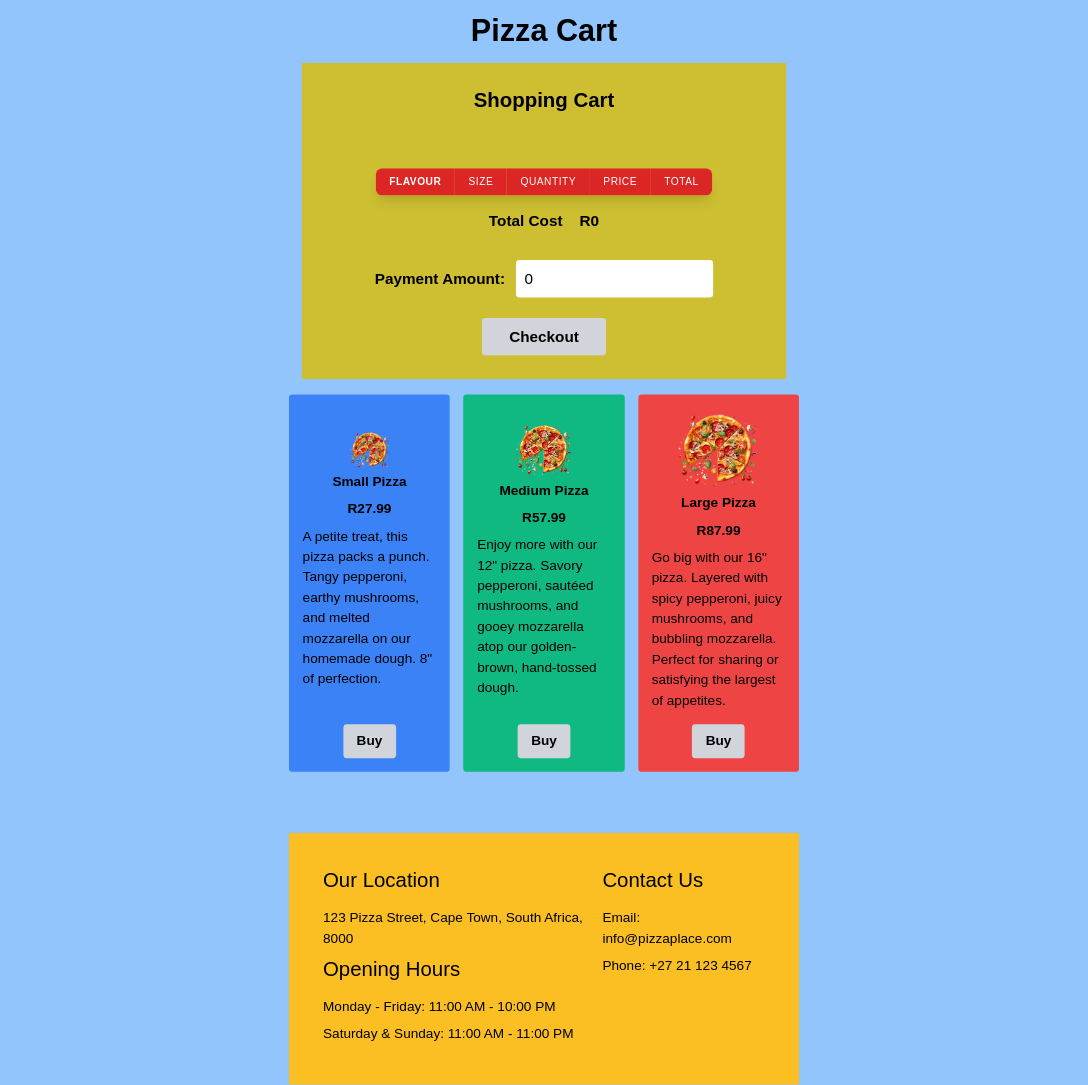
Repository: lasity34/pizza-cart-with-api
Page: index.html
An editor plug-in stored every save of this project. The page is shown before and after the next save, followed by the edit.
The browser window is 1280 px wide. The pictures show the whole page, at 85% of full size.
The page's requests for data from a server got no answer. Some web fonts or font styles are not loaded; a fallback is used. Some web libraries are served in a nearby version.

Above is the page before, as saved 2023-07-14 09:49:38.
Console error (its wording comes from the project's code and is left out).

### index.html
<!DOCTYPE html>
<html lang="en">
  <head>
    <meta charset="UTF-8" />
    <meta name="viewport" content="width=device-width, initial-scale=1.0" />
    <title>Pizza Cart</title>
    <script src="//unpkg.com/alpinejs" defer></script>
    <link
      href="https://cdn.jsdelivr.net/npm/tailwindcss@2.1.2/dist/tailwind.min.css"
      rel="stylesheet"
    />
    <script
      src="https://cdnjs.cloudflare.com/ajax/libs/axios/1.4.0/axios.min.js"
      integrity="sha512-uMtXmF28A2Ab/JJO2t/vYhlaa/3ahUOgj1Zf27M5rOo8/+fcTUVH0/E0ll68njmjrLqOBjXM3V9NiPFL5ywWPQ=="
      crossorigin="anonymous"
      referrerpolicy="no-referrer"
    ></script>
    <link href="./style.css" rel="stylesheet" />
    <link rel="preconnect" href="https://fonts.googleapis.com" />
    <link rel="preconnect" href="https://fonts.gstatic.com" crossorigin />
    <link
      href="https://fonts.googleapis.com/css2?family=Titillium+Web:ital@0;1&family=Tsukimi+Rounded:wght@300;400;500&display=swap"
      rel="stylesheet"
    />
  </head>
  <body x-data="pizzaCart" class="bg-blue-300" x-cloak>
    <section class="flex justify-center items-center">
      <h1 class="text-4xl pt-4 font-bold">Pizza Cart</h1>
    </section>

    <section
      class="shop-container my-5 p-7 flex flex-col text-xs sm:text-base md:text-lg lg:text-lg justify-center items-center"
    >
      <h2 class="text-2xl mb-2 font-bold">Shopping Cart</h2>
      <div class="mt-6 flex flex-col items-center">
        <div>
            <section class="mt-8">
                <table class="table-auto w-full rounded-lg overflow-hidden shadow-lg max-w-md mx-auto">
                    <thead class="bg-red-600">
                        <tr>
                            <th class="px-4 py-2 text-left text-xs font-bold font-medium text-white uppercase tracking-wider">Flavour</th>
                            <th class="px-4 py-2 text-left text-xs font-medium text-white uppercase tracking-wider">Size</th>
                            <th class="px-4 py-2 text-left text-xs font-medium text-white uppercase tracking-wider">Quantity</th>
                            <th class="px-4 py-2 text-left text-xs font-medium text-white uppercase tracking-wider">Price</th>
                            <th class="px-4 py-2 text-left text-xs font-medium text-white uppercase tracking-wider">Total</th>
                        </tr>
                    </thead>
                    <tbody class="bg-yellow-100 divide-y divide-gray-200 overflow-auto max-h-64">

                        <template x-for="pizza in cartPizzas">
                            <tr>
                              <td class="px-2 py-1 whitespace-nowrap font-bold text-sm text-gray-500" x-text="pizza.flavour"></td>

                                <td class="px-4 py-2 whitespace-nowrap font-bold text-sm text-gray-500" x-text="pizza.size"></td>
                                <td class="px-4 py-2 whitespace-nowrap font-bold text-sm text-gray-500">
                                    <div class="flex items-center justify-center">
                                        <button
                                            @click="addPizzaToCart(pizza.id)"
                                            class="bg-gray-200 hover:bg-gray-300 text-gray-800 font-bold py-2 px-4 rounded-l"
                                        >
                                            +
                                        </button>
                                        <div x-text="pizza.qty" class="mx-3"></div>
                                        <button
                                            @click="removePizza(pizza.id)"
                                            class="bg-gray-200 hover:bg-gray-300 text-gray-800 font-bold py-2 px-4 rounded-r"
                                        >
                                            -
                                        </button>
                                    </div>
                                </td>
                                <td class="px-4 py-2 whitespace-nowrap text-sm font-bold text-gray-500">
                                    R<span x-text="pizza.price"></span>
                                </td>
                                <td class="px-4 py-2 whitespace-nowrap text-sm font-bold text-gray-500">
                                    R<span x-text="(pizza.qty * pizza.price).toFixed(2)"></span>
                                </td>
                            </tr>
                        </template>
                    </tbody>
                </table>
            </section>


        </div>
        <div class="flex justify-center mt-4">
          <p class="font-bold">Total Cost</p>
          <p class="ml-5 font-bold">
            R<span x-text="cartTotal">0.00</span>
          </p>
        </div>
        <div class="mt-4">
          <span x-html="payMessage"></span>
        </div>

        <div class="mt-4" x-show="total() !== 0" x-cloak>
          <label class="font-bold">Payment Amount:</label>
          <input
            placeholder="Enter payment here"
            type="number"
            step="0.01"
            class="rounded ml-2 py-2"
            x-model="paymentAmount"
          />
        </div>
        <div class="mt-6">
          <button
            x-cloak
            @click="paymentTotal()"
            class="bg-gray-300 hover:bg-gray-400 py-2 px-8 rounded font-bold"
          >
            <span x-text="total() === 0 ? 'Pay' : 'Checkout'"></span>
          </button>
        </div>
      </div>
    </section>

    <section class="pizza_columns">
      <div
        class="flex flex-col gap-4 mx-auto items-center lg:items-stretch lg:flex-row justify-center"
      >
        <div
          class="flex bg-blue-500 rounded p-4 w-4/5 lg:w-4/5 flex-grow flex-shrink flex flex-col justify-between text-black items-center"
        >
          <div class="flex-grow flex flex-col items-center justify-center">
            <img src="./pizza.png" width="50" />
            <h3 class="mb-2 font-bold">Small Pizza</h3>
            <h3 class="mb-2 font-bold">R27.99</h3>
            <p class="mb-4">
              A petite treat, this pizza packs a punch. Tangy pepperoni, earthy
              mushrooms, and melted mozzarella on our homemade dough. 8" of
              perfection.
            </p>
          </div>
          <button
            @click="buy('small')"
            :disabled="smallAdded"
            class="bg-gray-300 hover:bg-gray-400 transition-colors duration-300 py-2 px-4 rounded font-bold"
          >
            Buy
          </button>
        </div>
        <div
          class="pizza_md bg-green-500 rounded p-4 w-4/5 lg:w-4/5 flex-grow flex-shrink flex flex-col justify-between text-black items-center"
        >
          <div class="flex-grow flex flex-col items-center justify-center">
            <img src="./pizza.png" width="70" />
            <h3 class="mb-2 font-bold">Medium Pizza</h3>
            <h3 class="mb-2 font-bold">R57.99</h3>
            <p class="mb-4">
              Enjoy more with our 12" pizza. Savory pepperoni, sautéed
              mushrooms, and gooey mozzarella atop our golden-brown, hand-tossed
              dough.
            </p>
          </div>
          <button
            @click="buy('medium')"
            :disabled="mediumAdded"
            class="bg-gray-300 hover:bg-gray-400 transition-colors duration-300 py-2 px-4 rounded font-bold"
          >
            Buy
          </button>
        </div>
        <div
          class="pizza_lg bg-red-500 rounded p-4 w-4/5 lg:w-4/5 flex-grow flex-shrink flex flex-col justify-between text-black items-center"
        >
          <div class="flex-grow flex flex-col items-center justify-center">
            <img src="./pizza.png" width="100" />
            <h3 class="mb-2 font-bold">Large Pizza</h3>
            <h3 class="mb-2 font-bold">R87.99</h3>
            <p class="mb-4">
              Go big with our 16" pizza. Layered with spicy pepperoni, juicy
              mushrooms, and bubbling mozzarella. Perfect for sharing or
              satisfying the largest of appetites.
            </p>
          </div>
          <button
            @click="buy('large')"
            :disabled="largeAdded"
            class="bg-gray-300 hover:bg-gray-400 transition-colors duration-300 py-2 px-4 rounded font-bold"
          >
            Buy
          </button>
        </div>
      </div>
    </section>
    <!-- all pizzas display -->
    <section class="mt-8">
        <div class="flex flex-col items-center">
            <template x-for="pizza in pizzas">
                <div class="flex items-center border-b border-gray-200 bg-yellow-200 shadow-lg rounded-lg px-4 py-4 my-3 w-full max-w-xl">
                    <div class="w-24 h-24 flex-shrink-0">
                        <img src="./pizza.png" class="w-full h-full object-cover rounded-lg" />
                    </div>
                    <div class="ml-4 flex-grow flex justify-between w-3/4 items-center">
                        <h5 class="ml-2 text-lg font-bold text-black" x-text="pizza.flavour"></h5>
                        <p class="text-lg text-black mt-5 mb-4 mr-6 font-bold">R<span x-text="pizza.price"></span></p>
                    </div>
                    <div>
                        <button @click="addPizzaToCart(pizza.id)" class="bg-gray-600 hover:bg-gray-700 text-white font-bold py-2 px-4 rounded">Buy</button>
                    </div>
                </div>
            </template>
        </div>
    </section>



    <footer class="bg-yellow-400 text-black mt-10 p-10">
      <div class="container mx-auto flex justify-between">
        <div>
          <h2 class="text-2xl mb-4">Our Location</h2>
          <p class="mb-2">123 Pizza Street, Cape Town, South Africa, 8000</p>

          <h2 class="text-2xl mb-4">Opening Hours</h2>
          <p class="mb-2">Monday - Friday: 11:00 AM - 10:00 PM</p>
          <p class="mb-2">Saturday & Sunday: 11:00 AM - 11:00 PM</p>
        </div>
        <div>
          <h2 class="text-2xl mb-4">Contact Us</h2>
          <p class="mb-2">Email: info@pizzaplace.com</p>
          <p class="mb-2">Phone: +27 21 123 4567</p>
        </div>
      </div>
    </footer>

    <div
      x-show="show"
      x-transition:enter="transition ease-out duration-300"
      x-transition:enter-start="opacity-0 transform scale-90"
      x-transition:enter-end="opacity-100 transform scale-100"
      x-transition:leave="transition ease-in duration-300"
      x-transition:leave-start="opacity-100 transform scale-100"
      x-transition:leave-end="opacity-0 transform scale-90"
      class="fixed inset-0 flex items-center justify-center z-50"
    >
      <div class="bg-green-800 text-white rounded p-5 shadow-lg">
        <p x-text="message"></p>
      </div>
    </div>

    <script src="./pizza.js"></script>
  </body>
</html>

### style.css

body {
    max-width: 600px;
    margin: 0 auto;

font-family: 'Tsukimi Rounded', sans-serif;
}

.shop-container {
    background-color: rgb(205, 190, 50);
    max-width: 95%;
    margin: 1em auto;
}

input::-webkit-outer-spin-button,
input::-webkit-inner-spin-button {
  -webkit-appearance: none;
  margin: 0;
}

input[type="number"] {
  -moz-appearance: textfield;
 text-indent: 10px;
}

[x-cloak] { display: none; }

### pizza.js
function pizzaCart() {
  return {
    quantity: 0,
    paymentAmount: 0,
    message: "",
    payMessage: "",
    smallAdded: false,
    mediumAdded: false,
    largeAdded: false,
    show: false,
    prices: {
      small: 27.99,
      medium: 57.99,
      large: 87.99,
    },
    lastMessageAdded: "",

    pizzas: [],
    username: "bjorn",
    cartId: "jI0VaxiP9k",
    cartPizzas: [],
    cartTotal: 0.0,
    increment(size) {
      if (size === "small" && this.smallAdded) {
        this.smallAmount++;
      } else if (size === "medium" && this.mediumAdded) {
        this.mediumAmount++;
      } else if (size === "large" && this.largeAdded) {
        this.largeAmount++;
      }
    },
    buy(size) {
      if (size === "small") {
        this.smallAdded = true;
        this.smallAmount++; // increment the small pizza count
        this.message = "Small Pizza has been added";
      } else if (size === "medium") {
        this.mediumAdded = true;
        this.mediumAmount++; // increment the medium pizza count
        this.message = "Medium Pizza has been added";
      } else if (size === "large") {
        this.largeAdded = true;
        this.largeAmount++; // increment the large pizza count
        this.message = "Large Pizza has been added";
      }
      this.toggleModal();
    },
    decrement(size) {
      if (size === "small" && this.smallAmount > 0 && this.smallAdded) {
        this.smallAmount--;
        if (this.smallAmount === 0) this.smallAdded = false;
      }
      if (size === "medium" && this.mediumAmount > 0 && this.mediumAdded) {
        this.mediumAmount--;
        if (this.mediumAmount === 0) this.mediumAdded = false;
      }
      if (size === "large" && this.largeAmount > 0 && this.largeAdded) {
        this.largeAmount--;
        if (this.largeAmount === 0) this.largeAdded = false;
      }
    },
    total() {
      return (
        this.smallAmount * this.prices.small +
        this.mediumAmount * this.prices.medium +
        this.largeAmount * this.prices.large
      );
    },
    paymentTotal() {
      if (this.paymentAmount < this.total()) {
        this.payMessage = `<p class='flex bg-red-600 text-white py-2 px-4 font-bold text-lg my-3 py-1'>R${(
          this.total() - this.paymentAmount
        ).toFixed(2)} is needed</p>`;
        setTimeout(() => {
          this.payMessage = "";
        }, 2000);
      } else if (this.paymentAmount > this.total()) {
        this.payMessage = `<p class='flex bg-red-600 text-white py-2 px-4 font-bold text-lg my-3 py-1'>There is R${(
          this.paymentAmount - this.total()
        ).toFixed(2)} too much</p>`;
        setTimeout(() => {
          this.payMessage = "";
        }, 2000);
      } else if (this.paymentAmount == this.total() && this.total() !== 0) {
        this.payMessage =
          "<p class='flex bg-green-600 text-white py-2 px-4 font-bold text-lg my-3 py-1'>Enjoy your pizzas<p>";
        this.reset();
        setTimeout(() => {
          this.payMessage = "";
        }, 2000);
      }
    },
    toggleModal() {
      this.show = !this.show;
      if (this.show) {
        setTimeout(() => {
          this.show = false;
        }, 2000); // Close after 2 seconds
      }
    },
    reset() {
      this.smallAmount = 0;
      this.mediumAmount = 0;
      this.largeAmount = 0;
      this.paymentAmount = 0;
      this.message = "";

      this.smallAdded = false;
      this.mediumAdded = false;
      this.largeAdded = false;
      this.show = false;
    },


    // API

    getCart() {
      const getCartURL = `https://pizza-api.projectcodex.net/api/pizza-cart/${this.cartId}/get`;

      return axios.get(getCartURL);
    },
    addPizza(pizzaId) {
      return axios.post(
        "https://pizza-api.projectcodex.net/api/pizza-cart/add",
        {
          cart_code: this.cartId,
          pizza_id: pizzaId,

        }
      );
    },
    removePizza(pizzaId) {
      return axios.post(
        "https://pizza-api.projectcodex.net/api/pizza-cart/remove",
        {
          cart_code: this.cartId,
          pizza_id: pizzaId,

        }
      );
    },
    showCartData() {
      this.getCart().then((result) => {
        const cartData = result.data;
        this.cartPizzas = cartData.pizzas;
        this.cartTotal = cartData.total;
      });
    },
    init() {
      axios
        .get("https://pizza-api.projectcodex.net/api/pizzas")
        .then((result) => {
          this.pizzas = result.data.pizzas;
        });

      this.showCartData();
    },
    addPizzaToCart(pizzaId) {
      this.addPizza(pizzaId).then(() => {
        this.showCartData();
      });
    },
    removePizzaFromCart() {
      this.removePizza(pizzaId).then(() => {
        this.showCartData();
      })
    },
  };
}

document.addEventListener("alpine:init", () => {
  Alpine.data("pizzaCart", pizzaCart);
});

After the next save:
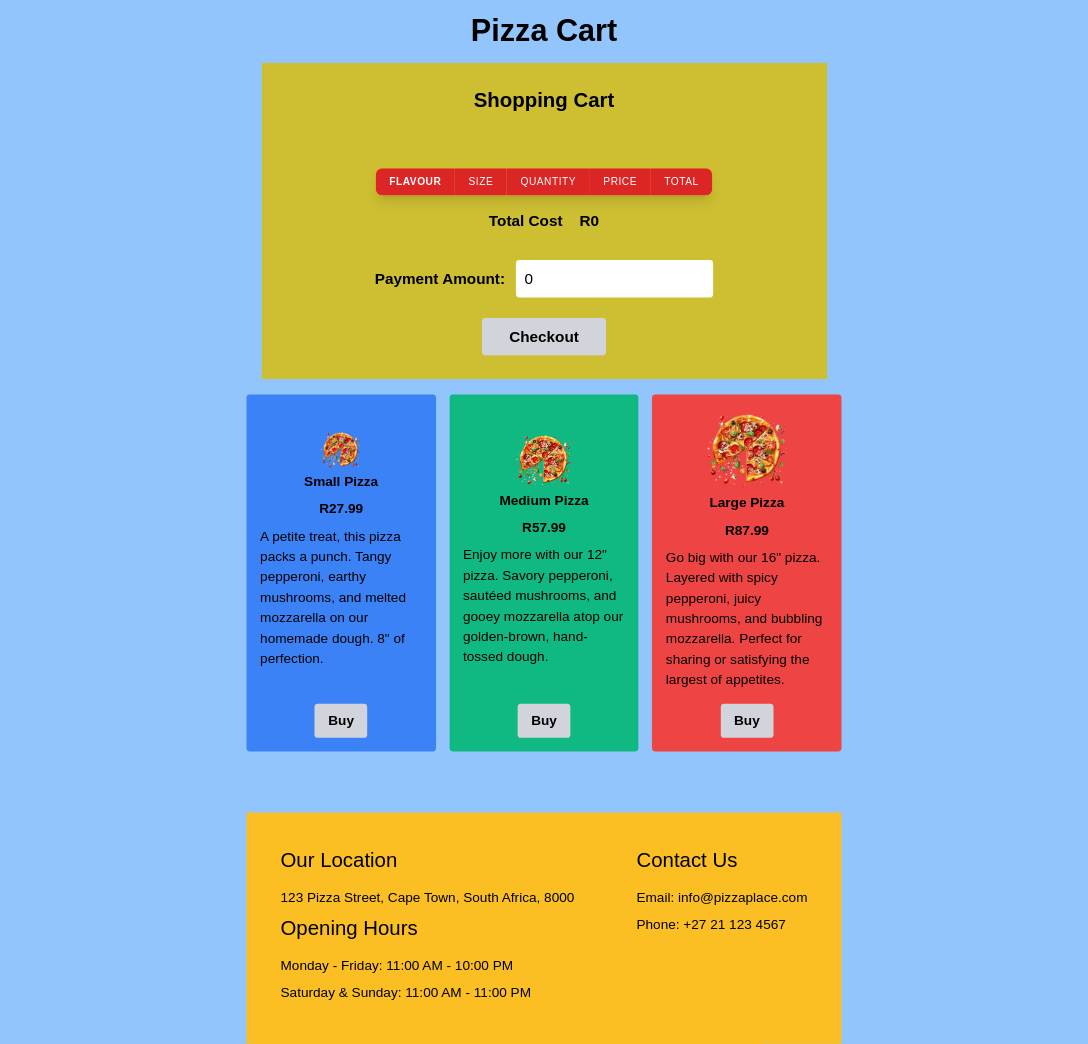
Saved 56 s later.
--- a/style.css
+++ b/style.css
@@ -1,6 +1,6 @@
 
 body {
-    max-width: 600px;
+    max-width: 700px;
     margin: 0 auto;
 
 font-family: 'Tsukimi Rounded', sans-serif;
